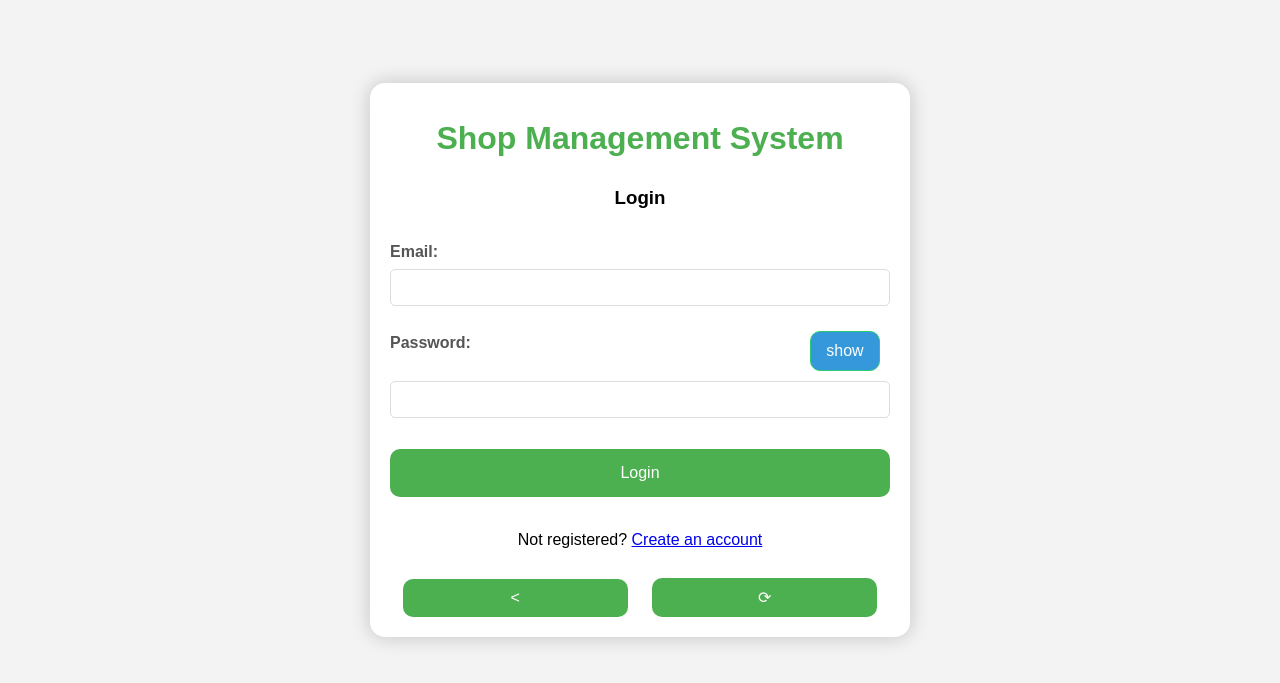
Repository: shamchiwade/GroceryNow
Page: http://localhost/ShopManagement/login.jsp
These files come from the project's save history. The page is drawn as it stood at one moment and after the next save; the edit follows.
The browser window is 1280 px wide. The pictures show the whole page.
The page is served by Tomcat 10. Nobody is signed in. The application's start-up code is not run.

Above is the page before, as saved 2024-11-12 06:48:03.

After the next save:
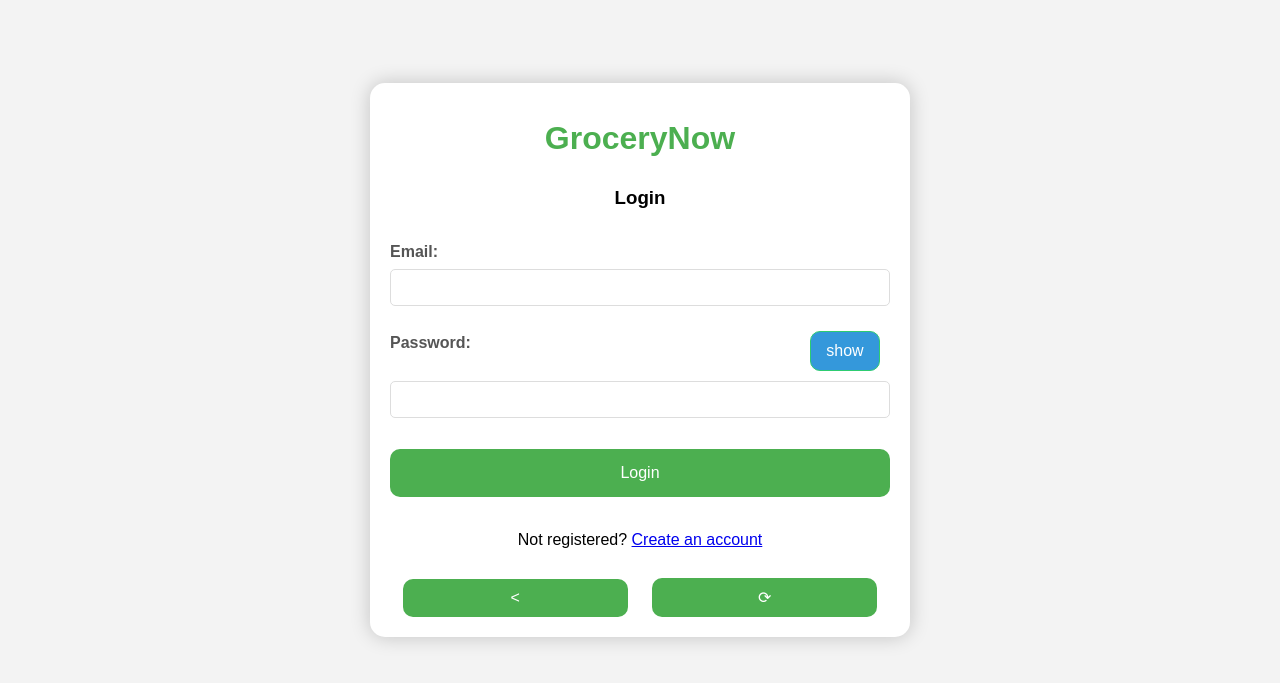
Saved 11 s later.
--- a/ShopManagement/src/main/webapp/login.jsp
+++ b/ShopManagement/src/main/webapp/login.jsp
@@ -116,7 +116,7 @@ button {
 </head>
 <body>
 	<div class="main">
-		<h1>Shop Management System</h1>
+		<h1>GroceryNow</h1>
 		<h3>Login</h3>
 		<form action="login" method="post">
 			<label for="email">Email:</label> <input type="email" id="email"
